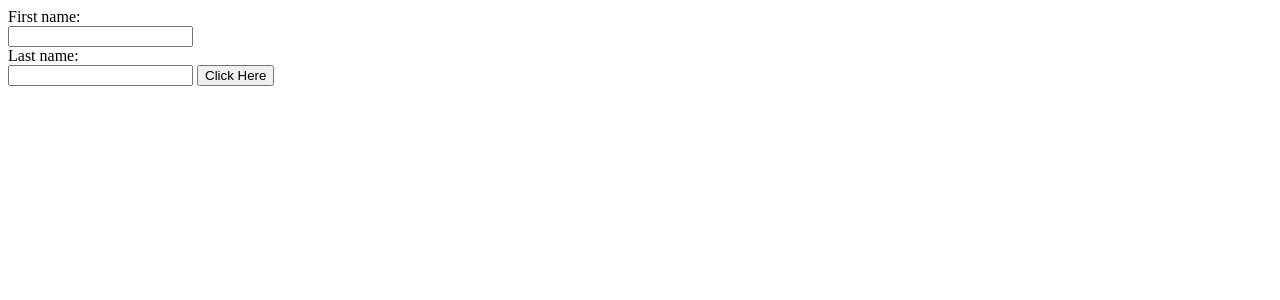
Repository: KANNAHWORLD/201Work
Page: lab9/Lab11/src/main/webapp/lab11.html
An editor plug-in stored every save of this project. The page is shown before and after the next save, followed by the edit.
The browser window is 1280 px wide. The pictures show the whole page.

Above is the page before, as saved 2022-11-16 20:21:41.

After the next save:
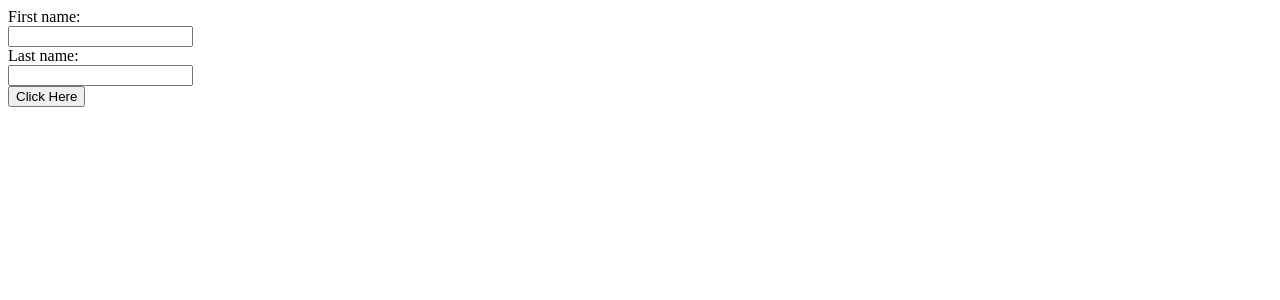
Saved 53 s later.
--- a/lab9/Lab11/src/main/webapp/lab11.html
+++ b/lab9/Lab11/src/main/webapp/lab11.html
@@ -13,7 +13,7 @@
   <input type="text" id="fname" name="fname"><br>
 
   <label for="lname">Last name:</label><br>
-  <input type="text" id="lname" name="lname">
+  <input type="text" id="lname" name="lname"><br>
 
   <input type = "submit" value = "Click Here" >
 
